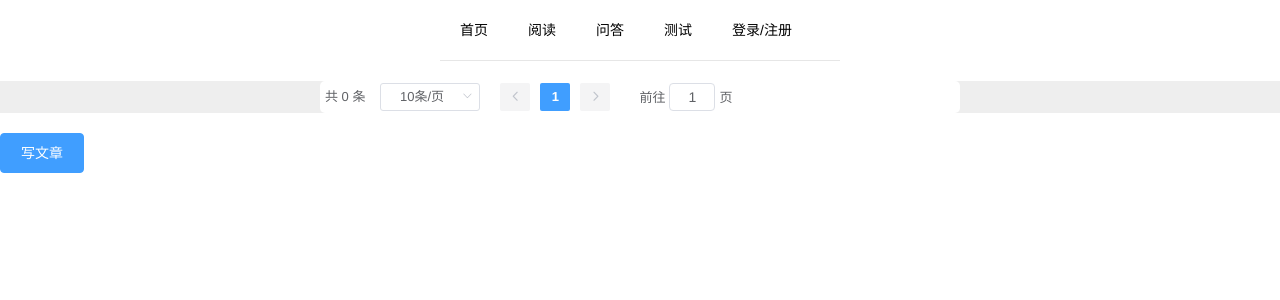
Repository: shengligo/xyx_vue_v1
Page: /read
These files come from the project's save history. The page is drawn as it stood at one moment and after the next save; the edit follows.
The browser window is 1280 px wide. The pictures show the whole page.
The page's requests for data from a server got no answer. The project was rebuilt for these pictures with package versions that can differ from the ones it lists, and the page was loaded fresh each time. No one was signed in, and anything a server would have sent is missing. Also part of the build but not shown: vue.config.js, src/views/home/childComps/Art.vue, src/views/author/authors.vue.

Above is the page before, as saved 2021-09-04 13:08:36.

After the next save:
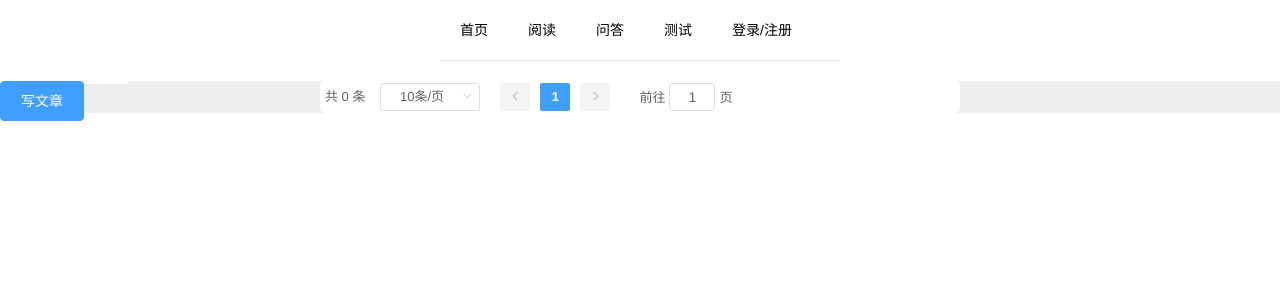
Saved 10 s later.
--- a/src/views/read/Read.vue
+++ b/src/views/read/Read.vue
@@ -264,5 +264,6 @@ ol {
   height: 10%;
   width: 10%;
   border-radius: 5px;
+  top: 0;
 }
 </style>
